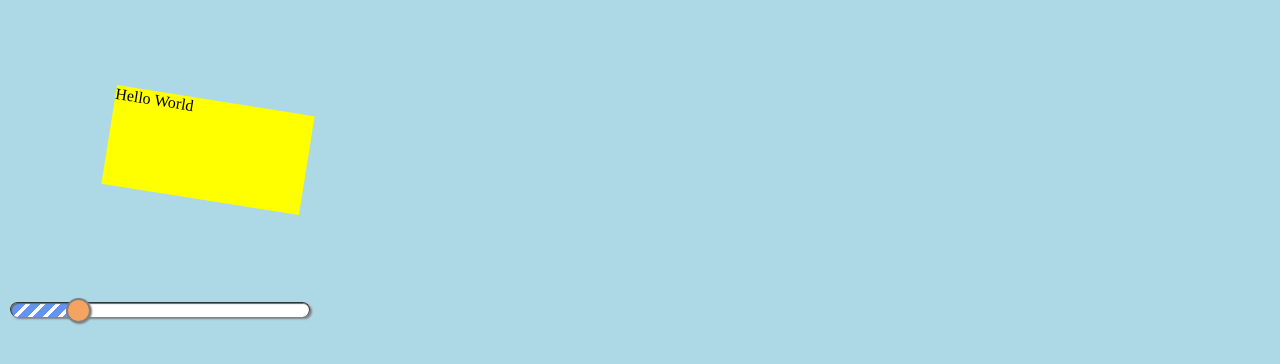
Repository: Jhin7782/HBuilder-Projects
Page: 【CSS】/动画/2d/transform/1.create-styleSheet.cssRules[i].style.html
An editor plug-in stored every save of this project. The page is shown before and after the next save, followed by the edit.
The browser window is 1280 px wide. The pictures show the whole page.

Above is the page before, as saved 2017-06-13 17:45:06.

After the next save:
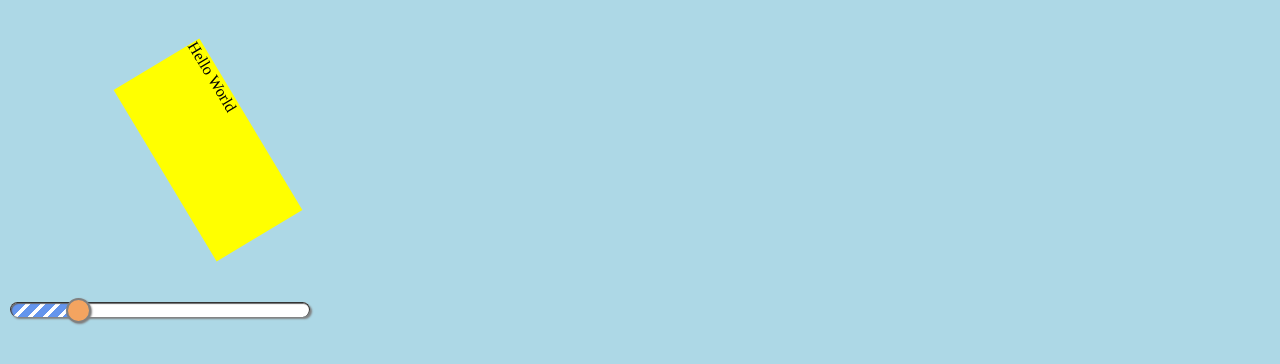
Saved 5 s later.
--- a/【CSS】/动画/2d/transform/1.create-styleSheet.cssRules[i].style.html
+++ b/【CSS】/动画/2d/transform/1.create-styleSheet.cssRules[i].style.html
@@ -12,10 +12,10 @@
 				height: 100px;
 				background-color: yellow;
 				/* Rotate div */
-				-webkit-transform: rotate(29deg);
+				-webkit-transform: rotate(9deg);
 				-moz-transform: rotate(9deg);
 				-ms-transform: rotate(9deg);
-				transform: rotate(9deg);
+				transform: rotate(59deg);
 			}
 		</style>
 	</head>

After the save that followed:
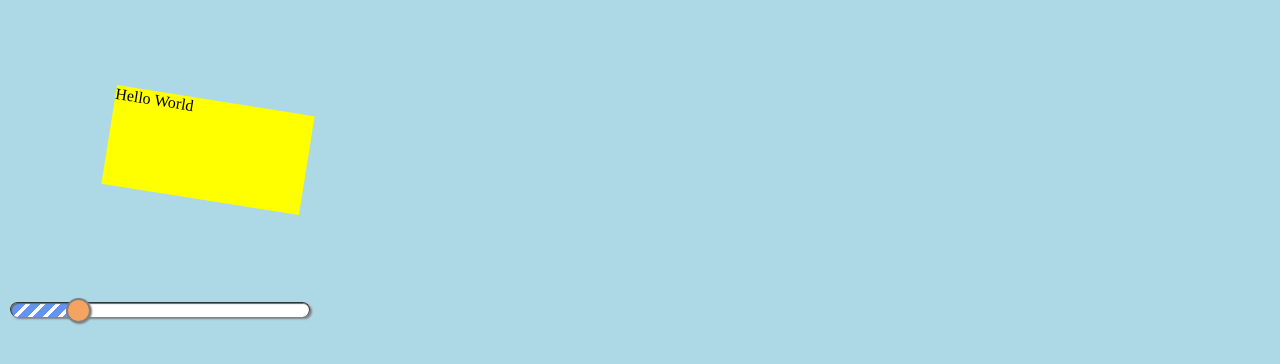
Saved 3 s later.
--- a/【CSS】/动画/2d/transform/1.create-styleSheet.cssRules[i].style.html
+++ b/【CSS】/动画/2d/transform/1.create-styleSheet.cssRules[i].style.html
@@ -15,7 +15,7 @@
 				-webkit-transform: rotate(9deg);
 				-moz-transform: rotate(9deg);
 				-ms-transform: rotate(9deg);
-				transform: rotate(59deg);
+				transform: rotate(9deg);
 			}
 		</style>
 	</head>
